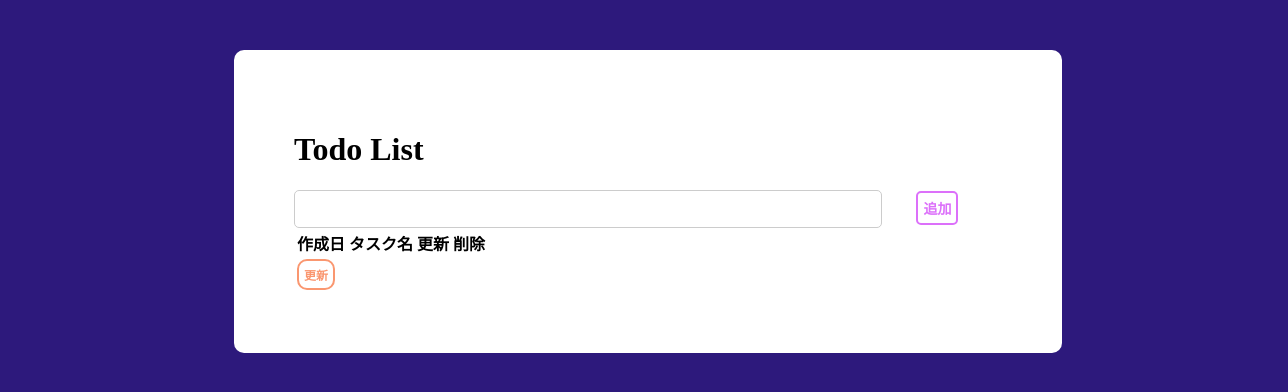
Repository: oninopantsu/20210529onoma
Page: http://localhost/todo/update
The author's editor kept a copy of each file at every save. The page is drawn from the files as they stood at one save, then again after a run of saves.
The browser window is 1280 px wide. The page is 1288 px wide, so the pictures cover 1288 px, including what lies to the right of the window. The pictures show the whole page.
The page is served by the project's Laravel application, run on PHP 8.4 with Laravel 8. Other server files are loaded and not shown. Queries for data that is not in the repository find no rows.

Above is the page before, as saved 2021-06-03 05:49:21.

### routes/web.php
<?php

use App\Http\Controllers\TodoController;
use Illuminate\Support\Facades\Route;

/*
|--------------------------------------------------------------------------
| Web Routes
|--------------------------------------------------------------------------
|
| Here is where you can register web routes for your application. These
| routes are loaded by the RouteServiceProvider within a group which
| contains the "web" middleware group. Now create something great!
|
*/

Route::get('/',[TodoController::class,'index']);
Route::post('/',[TodoController::class,'index']);
Route::get('/todo/create',[TodoController::class,'create']);
Route::post('/todo/create',[TodoController::class,'index']);
Route::post('/todo/update',[TodoController::class,'update']);
Route::get('/todo/update',[TodoController::class,'index']);
Route::post('/todo/delete',[TodoController::class,'delete']);
Route::get('/todo/delete',[TodoController::class,'index']);

### app/Http/Controllers/TodoController.php
<?php

namespace App\Http\Controllers;


use Illuminate\Http\Request;
use Illuminate\Support\Facades\DB;
use App\Models\Todos;
use Database\Seeders\TodosTableSeeder;

class TodoController extends Controller
{
    public function index(Request $request)
    {
    $items = Todos::all();
    $items = Todos::orderBy('created_at')->get();
        return view('index', ['items' => $items]);
    }

    public function create(Request $request)
    {
        $this->validate($request, Todos::$rules);
        $content = new Todos;
        $form = $request->all();
        unset($form['_token_']);
        $content->timestamps = false;
        $timestamp = time();
        echo date('Y-m-d- H:i:s', $timestamp);
        $content->fill($form)->save();

        $content = [
            'content' => 'request'
        ];
        return view('index', ['items' => $content]);
    }

    public function update(Request $request)
    {
        $items = Todos::find($request->id);
        $this->validate($request, Todos::$rules);
        $todos = Todos::find($request->id);
        $form = $request->all();
        unset($form['_token_']);
        $todos->fill($form)->save();
        return redirect('index');
    }
    public function delete(Request $request)
    {
        $items = Todos::find($request->id);
        return view('index', [$items => $items]);
    }
    public function remove(Request $request)
    {
        Todos::find($request->id)->delete();
        return redirect('/');
    }}

### app/Models/Todos.php
<?php

namespace App\Models;

use Illuminate\Database\Eloquent\Factories\HasFactory;
use Illuminate\Database\Eloquent\Model;
use Illuminate\Testing\Fluent\Concerns\Has;

class Todos extends Model
{
    use HasFactory;
    protected $guarded = array('id');
    public static $rules = array(
        'content' => 'required'
    );
    public function todos(){
        return $this->hasOne('App\Models\Todos');
    }
    public function getData()
    {
        $content = $this->id.'('.$this->created_at.')' .$this->content;
        return $content;
    }

}

### resources/views/index.blade.php
<!DOCTYPE html>
<html lang="en">

<head>
  <meta charset="UTF-8">
  <meta http-equiv="X-UA-Compatible" content="IE=edge">
  <meta name="viewport" content="width=device-width, initial-scale=1.0">
  <title>@yield('title')</title>
  <style>
    body {
      background-color: #2d197c;
      width: 100%;
    }

    .todolist {
      margin: 50px auto;
      padding: 30px;
      width: 60%;
      background-color: #fff;
      color: #bbb;
      border-radius: 10px;
    }

    h1 {
      font-size: 32px;
      color: black;
    }

    .list__card {
      padding: 30px;
    }

    .list {
      text-align: left;
      width: 80%;
      padding: 10px;
    }

    .submit {
      color: #dc70fa;
      border: 2px solid #dc70fa;
      background-color: #fff;
      font-weight: bold;
      margin-left: 30px;
      padding: 5px;
      cursor: pointer;
    }

    th {
      font-size: 16px;
      color: black;
    }

    input {
      border-radius: 5px;
      border: 1px solid #ccc;
      font-size: 14px;
    }

    .button__add {
      border: 1px solid #dc70fa;
      color: #dc70fa;
      background-color: #fff;
      font-weight: bold;
      font-size: 12px;
      border-radius: 10px;
      cursor: pointer;
      padding: 10px;
    }

    .button__update {
      border: 2px solid #fa9770;
      color: #fa9770;
      background-color: #fff;
      font-weight: bold;
      font-size: 12px;
      border-radius: 10px;
      cursor: pointer;
      padding: 5px;
      transition: 0.4s;

    }

    .button__delete {
      border: 2px solid #71fadc;
      color: #71fadc;
      background-color: #fff;
      font-weight: bold;
      font-size: 12px;
      border-radius: 10px;
      cursor: pointer;
      padding: 5px;
      transition: 0.4s;
    }
  </style>
</head>

<body>
  @section('todo.blade.php')


  <div class="todolist">
    <div class="list__card">
      <h1>Todo List</h1>

      @if (count($errors) > 0)
      <ul>
        @foreach ($errors->all() as $error)
        <li>
          {{$error}}
        </li>
        @endforeach
      </ul>
      @endif
      <form action="/" method="post">
        @csrf
        <input class='list' type="text" name="content">
        <input class='submit' type="submit" value="追加">
      </form>
      @foreach($items as $item)
      @endforeach
      <table>
        <tr>
          <th>作成日</th>
          <th>タスク名</th>
          <th>更新</th>
          <th>削除</th>
        </tr>
        <tr>
          @foreach($items as $item)
          <td>
            <form action="/todo/create" method="date_timestamp_get">
              <input type="hidden" name="timestamps">
              <?php
              $timestamp = time();
              echo date('Y-m-d- H:i:s', $timestamp);
              ?>
            </form>
          </td>

          </form>
          <td>
            <form action="/todo/create">
              <input type="text" name="content" value="">
            </form>
          </td>
          @endforeach
          <td>
            <form action="/todo/update" method="post">
              <button class="button__update">更新</button>
            </form>
          @foreach($items as $item)
          <td>
            <form action="/todo/delete" method="post">
              <button class="button__delete">削除</button>
            </form>
            @endforeach
          </td>
        </tr>
      </table>
    </div>

  </div>
  </form>

</body>

</html>

Loaded but not shown: app/Http/Controllers/Controller.php (common file)

After the next 2 saves:
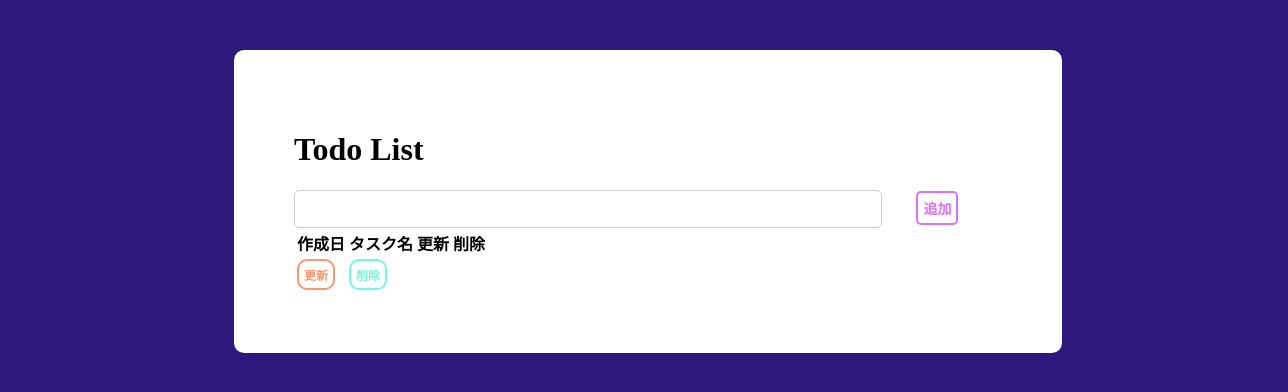
The 2 saves are shown as one change because they came seconds apart.
The last was saved 11 s later.
--- a/resources/views/index.blade.php
+++ b/resources/views/index.blade.php
@@ -149,12 +149,10 @@
             <form action="/todo/update" method="post">
               <button class="button__update">更新</button>
             </form>
-          @foreach($items as $item)
           <td>
             <form action="/todo/delete" method="post">
               <button class="button__delete">削除</button>
             </form>
-            @endforeach
           </td>
         </tr>
       </table>
